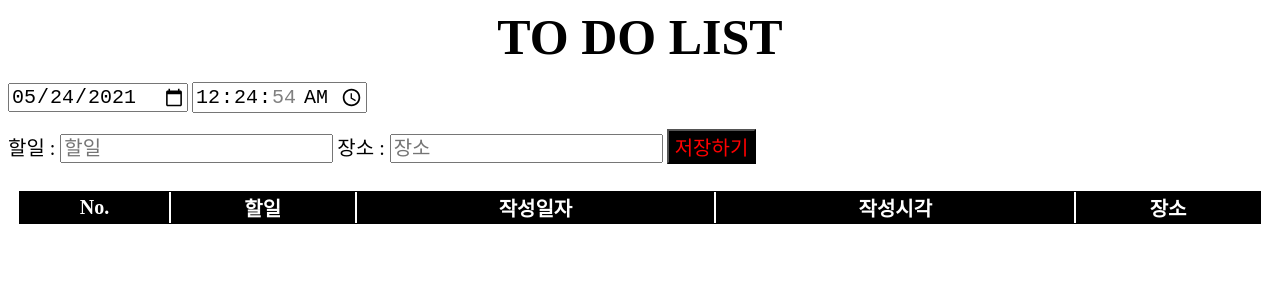
Repository: kimyoungjin98/Exam_Project
Page: http://localhost/Server_PR_TodoList/
An editor plug-in stored every save of this project. The page is shown before and after the next save, followed by the edit.
The browser window is 1280 px wide. The pictures show the whole page.
The page is served by Tomcat 9. Queries for data that is not in the repository find no rows.

Above is the page before, as saved 2021-05-24 06:33:21.

After the next save:
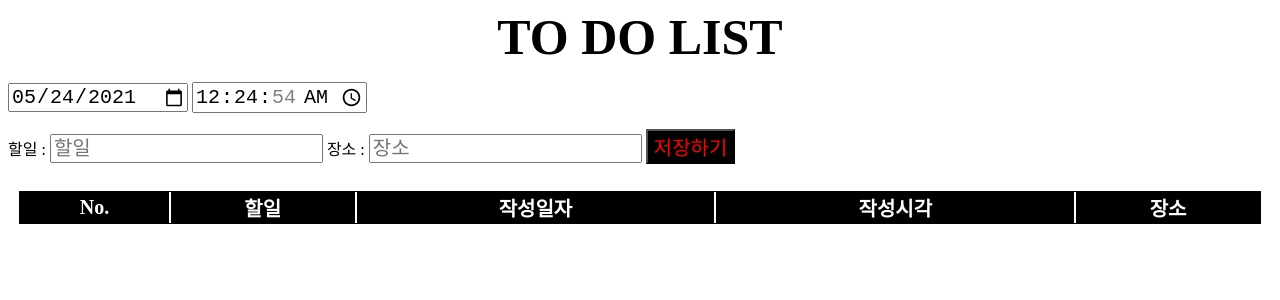
Saved 7 s later.
--- a/Server_PR_TodoList/src/main/webapp/WEB-INF/views/write.jsp
+++ b/Server_PR_TodoList/src/main/webapp/WEB-INF/views/write.jsp
@@ -26,6 +26,9 @@ document.addEventListener("DOMContentLoaded", function(ev){
 
 </script>
 <style>
+
+@import url('https://fonts.googleapis.com/css2?family=Noto+Sans+KR&display=swap');
+font-family: 'Noto Sans KR', sans-serif;
 
 	label{
 		font-size:20px;
